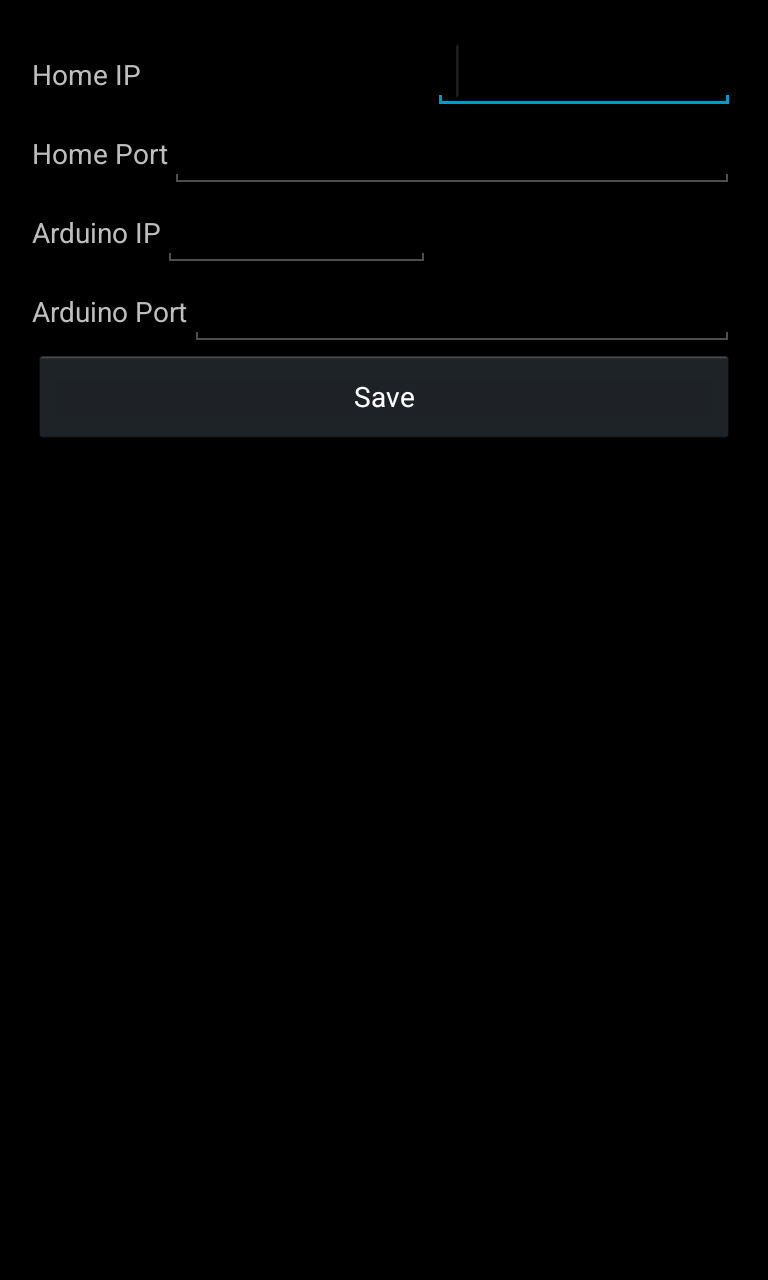
Repository: juanlurie/Android
Layout: HomeCommander/res/layout/settings.xml
The author's editor kept a copy of each file at every save. The layout is drawn from the files as they stood at one save, then again after the next save.
It is drawn on a 768 x 1280 px phone screen (xhdpi) without system bars, with theme AppTheme; the app's code is not run.

Above is the layout before, as saved 2013-08-11 10:30:29.

### HomeCommander/res/layout/settings.xml
<LinearLayout xmlns:android="http://schemas.android.com/apk/res/android"
    xmlns:tools="http://schemas.android.com/tools"
    android:layout_width="match_parent"
    android:layout_height="match_parent"
    android:background="#000000"
    android:orientation="vertical"
    android:paddingBottom="@dimen/activity_vertical_margin"
    android:paddingLeft="@dimen/activity_horizontal_margin"
    android:paddingRight="@dimen/activity_horizontal_margin"
    android:paddingTop="@dimen/activity_vertical_margin"
    tools:context=".MainActivity" >

    <LinearLayout
        android:layout_width="match_parent"
        android:layout_height="wrap_content" >

        <TextView
            android:id="@+id/TextView03"
           android:layout_width="200dp"
            android:layout_height="wrap_content"
            android:text="Home IP" />

        <EditText
            android:id="@+id/homeIp"
            android:layout_width="match_parent"
            android:layout_height="wrap_content"
            android:ems="10" >

            <requestFocus />
        </EditText>
    </LinearLayout>

    <LinearLayout
        android:layout_width="match_parent"
        android:layout_height="wrap_content" >

        <TextView
            android:id="@+id/TextView02"
            android:layout_width="wrap_content"
            android:layout_height="wrap_content"
            android:text="Home Port" />

        <EditText
            android:id="@+id/homePort"
            android:layout_width="match_parent"
            android:layout_height="wrap_content"
            android:ems="10" >
        </EditText>
    </LinearLayout>

    <LinearLayout
        android:layout_width="200dp"
        android:layout_height="wrap_content" >

        <TextView
            android:id="@+id/TextView01"
            android:layout_width="wrap_content"
            android:layout_height="wrap_content"
            android:text="Arduino IP" />

        <EditText
            android:id="@+id/arduinoIp"
            android:layout_width="match_parent"
            android:layout_height="wrap_content"
            android:ems="10" >
        </EditText>
    </LinearLayout>

    <LinearLayout
        android:layout_width="match_parent"
        android:layout_height="wrap_content" >

        <TextView
            android:id="@+id/textView1"
            android:layout_width="wrap_content"
            android:layout_height="wrap_content"
            android:text="Arduino Port" />

        <EditText
            android:id="@+id/arduinoPort"
            android:layout_width="match_parent"
            android:layout_height="wrap_content"
            android:ems="10" >
        </EditText>
    </LinearLayout>

    <Space
        android:layout_width="match_parent"
        android:layout_height="wrap_content" />

    <Button
        android:id="@+id/saveSettings"
        style="?android:attr/buttonStyleSmall"
        android:layout_width="match_parent"
        android:layout_height="wrap_content"
        android:text="Save"
        android:textColor="#FFFFFF" />

</LinearLayout>

### HomeCommander/res/values/styles.xml
<resources>

    <!--
        Base application theme, dependent on API level. This theme is replaced
        by AppBaseTheme from res/values-vXX/styles.xml on newer devices.
    -->
    <style name="AppBaseTheme" parent="android:Theme.Holo">
        <!--
            Theme customizations available in newer API levels can go in
            res/values-vXX/styles.xml, while customizations related to
            backward-compatibility can go here.
        -->
    </style>

    <!-- Application theme. -->
    <style name="AppTheme" parent="android:Theme.Holo">
        <!-- All customizations that are NOT specific to a particular API-level can go here. -->
    </style>

</resources>

Loaded but not shown: HomeCommander/res/values/dimens.xml (common file)

After the next save:
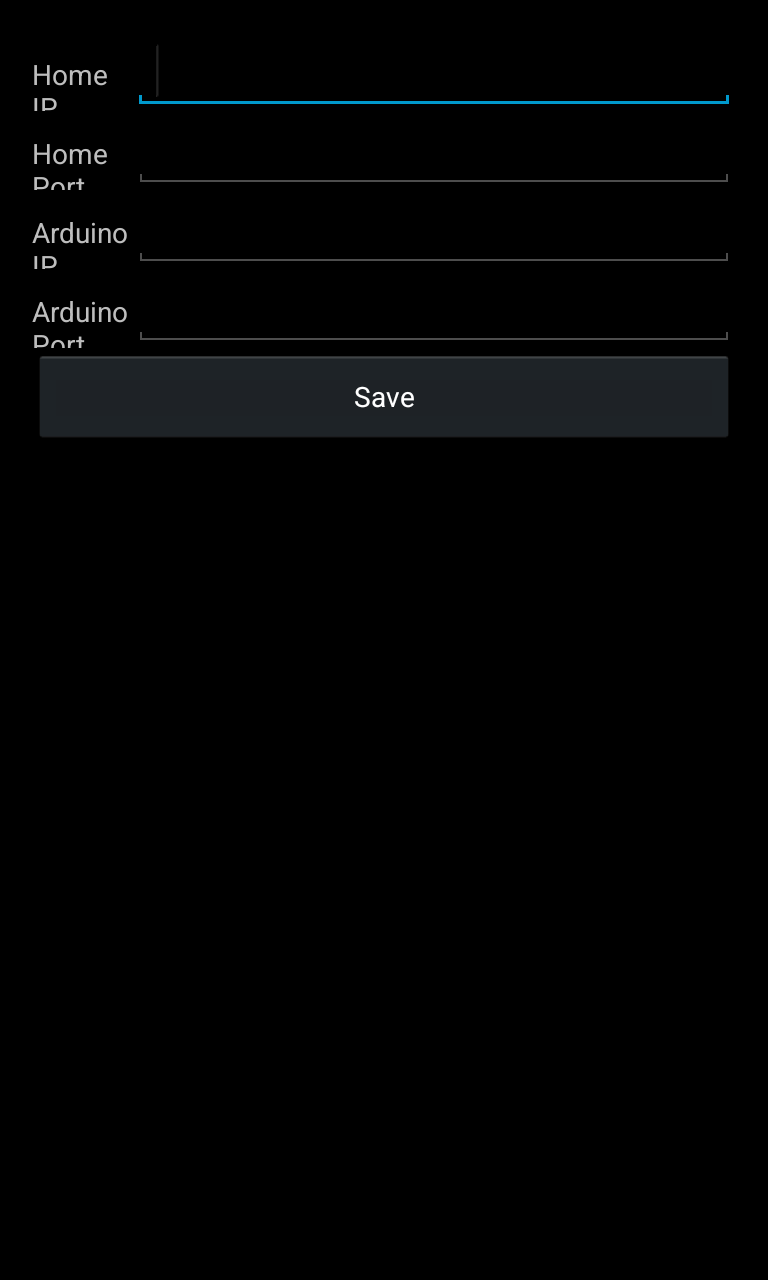
Saved 38 s later.
--- a/HomeCommander/res/layout/settings.xml
+++ b/HomeCommander/res/layout/settings.xml
@@ -16,7 +16,7 @@
 
         <TextView
             android:id="@+id/TextView03"
-           android:layout_width="200dp"
+           android:layout_width="50dp"
             android:layout_height="wrap_content"
             android:text="Home IP" />
 
@@ -36,7 +36,7 @@
 
         <TextView
             android:id="@+id/TextView02"
-            android:layout_width="wrap_content"
+            android:layout_width="50dp"
             android:layout_height="wrap_content"
             android:text="Home Port" />
 
@@ -49,12 +49,12 @@
     </LinearLayout>
 
     <LinearLayout
-        android:layout_width="200dp"
+   android:layout_width="match_parent"
         android:layout_height="wrap_content" >
 
         <TextView
             android:id="@+id/TextView01"
-            android:layout_width="wrap_content"
+            android:layout_width="50dp"
             android:layout_height="wrap_content"
             android:text="Arduino IP" />
 
@@ -72,7 +72,7 @@
 
         <TextView
             android:id="@+id/textView1"
-            android:layout_width="wrap_content"
+           android:layout_width="50dp"
             android:layout_height="wrap_content"
             android:text="Arduino Port" />
 
